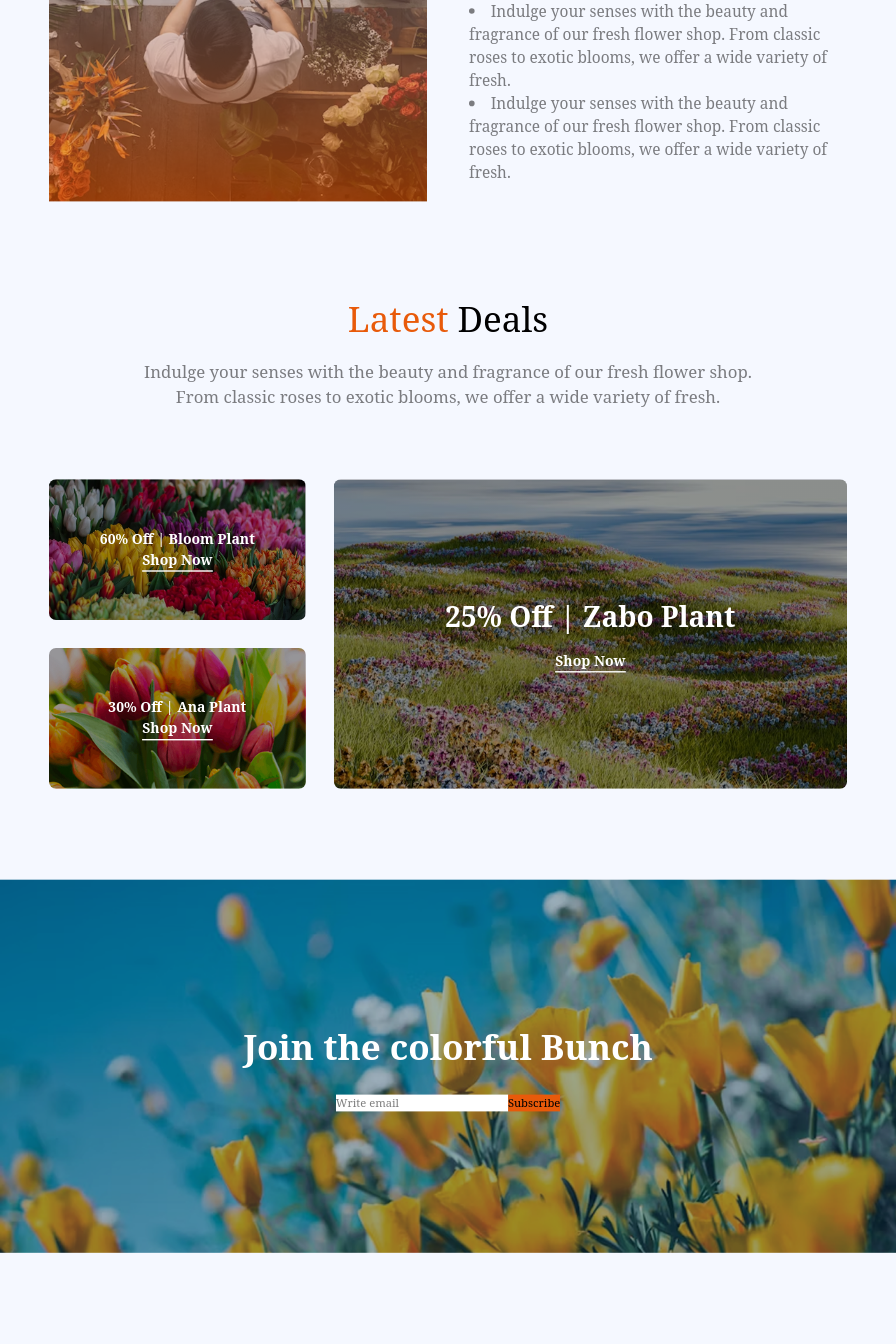
Repository: nahid-hasann/website-7
Page: index.html
The author's editor kept a copy of each file at every save. The page is drawn from the files as they stood at one save, then again after the next save.
The browser window is 1280 px wide. The pictures show the part of the page from y = 2514 to 4434 px (the page is 4434 px tall), at 70% of full size.
Some web libraries are served in a nearby version.

Above is the page before, as saved 2025-07-24 21:21:52.

### index.html
<!DOCTYPE html>
<html lang="en">
<head>
    <meta charset="UTF-8">
    <meta name="viewport" content="width=device-width, initial-scale=1.0">
    <title> website-7 </title>
    <link rel="stylesheet" href="style.css">
     <script src="https://cdn.jsdelivr.net/npm/@tailwindcss/browser@4"></script>
    <link rel="stylesheet" href="https://cdnjs.cloudflare.com/ajax/libs/font-awesome/7.0.0/css/all.min.css" integrity="sha512-DxV+EoADOkOygM4IR9yXP8Sb2qwgidEmeqAEmDKIOfPRQZOWbXCzLC6vjbZyy0vPisbH2SyW27+ddLVCN+OMzQ==" crossorigin="anonymous" referrerpolicy="no-referrer" />
   <link rel="preconnect" href="https://fonts.googleapis.com">
<link rel="preconnect" href="https://fonts.gstatic.com" crossorigin>
<link href="https://fonts.googleapis.com/css2?family=Noto+Serif:ital,wght@0,100..900;1,100..900&display=swap" rel="stylesheet">
</head>
<body class="noto-serif-nahid">


    <header>
        <nav>
            <div class="nav-logo">
                <img src="assets/logo.png" alt="">
            </div>
            <div class="nav-menu">
                <ul>
                    <li class="ul-li" style="color: black; font-weight: bold;">Home</li>
                    <li class="ul-li" >Shop</li>
                    <li class="ul-li" >About us</li>
                    <li class="last-li" style="color: black;"><i class="fa-solid fa-cart-shopping"></i>Cart ($56)</li>
                </ul>
            </div>
        </nav>
    </header>

    <main>

        <section class="banner">
            <div class="banner-section">
                <div class="banner-description">
                    <h1>ALWAYS <span style="color: #e85a0a;">FRESH <br> FLOWERS</span></h1>
                    <p>Indulge your senses with the beauty and fragrance of our fresh flower shop. From classic roses to exotic blooms, we offer a wide variety of fresh flowers that are perfect for any occasion.  </p>
                </div>
                <div class="banner-img">
                    <img src="assets/hero-flower.png" alt="">
                </div>
            </div>
        </section>

        <section class="plants-section">
             <h1> <span style="color: #e85a0a;">Our</span> Plants</h1>
             <p>Indulge your senses with the beauty and fragrance of our fresh flower shop. From classic roses to exotic blooms, we offer a wide variety of fresh.</p>
             <div class="plants-card">
                <div class="card">
                    <img src="assets/sample-flower-image.png" alt="">
                    <h4>Lily Blossom</h4>
                    <h2>20 USD</h2>
                    <button class="btn">ADD TO CART</button>
                </div>
                 <div class="card">
                    <img src="assets/sample-flower-image.png" alt="">
                    <h4>Lily Blossom</h4>
                    <h2>20 USD</h2>
                    <button class="btn">ADD TO CART</button>
                </div>
                 <div class="card">
                    <img src="assets/sample-flower-image.png" alt="">
                    <h4>Lily Blossom</h4>
                    <h2>20 USD</h2>
                    <button class="btn">ADD TO CART</button>
                </div>
                 <div class="card">
                    <img src="assets/sample-flower-image.png" alt="">
                    <h4>Lily Blossom</h4>
                    <h2>20 USD</h2>
                    <button class="btn">ADD TO CART</button>
                </div>
                 <div class="card">
                    <img src="assets/sample-flower-image.png" alt="">
                    <h4>Lily Blossom</h4>
                    <h2>20 USD</h2>
                    <button class="btn">ADD TO CART</button>
                </div>
                 <div class="card">
                    <img src="assets/sample-flower-image.png" alt="">
                    <h4>Lily Blossom</h4>
                    <h2>20 USD</h2>
                    <button class="btn">ADD TO CART</button>
                </div>
                 <div class="card">
                    <img src="assets/sample-flower-image.png" alt="">
                    <h4>Lily Blossom</h4>
                    <h2>20 USD</h2>
                    <button class="btn">ADD TO CART</button>
                </div>
                 <div class="card">
                    <img src="assets/sample-flower-image.png" alt="">
                    <h4>Lily Blossom</h4>
                    <h2>20 USD</h2>
                    <button class="btn">ADD TO CART</button>
                </div>
             </div>
        </section>

        <section class="plants-lover-section">
            <div class="plants-lover-div">
                <div class="plants-lover-img">
                <img src="assets/flower-store.png" alt="">
                <div class="badge">
                    <img class="badge-img" src="assets/trusted-badge.png" alt="">
                </div>
            </div>
            <div class="plants-lover-content">
                <h1>Flower & Plants Lover</h1>
                <or>
                    <li>Indulge your senses with the beauty and fragrance of our fresh flower shop. From classic roses to exotic blooms, we offer a wide variety of fresh.</li>
                    <li>Indulge your senses with the beauty and fragrance of our fresh flower shop. From classic roses to exotic blooms, we offer a wide variety of fresh.</li>
                    <li>Indulge your senses with the beauty and fragrance of our fresh flower shop. From classic roses to exotic blooms, we offer a wide variety of fresh.</li>
                </or>
            </div>
            </div>
        </section>

        <section class="offer-main-section">

            <h1 class="text-[50px]"><span style="color: #e85a0a;">Latest</span>  Deals</h1>
            <p>Indulge your senses with the beauty and fragrance of our fresh flower shop. <br> From classic roses to exotic blooms, we offer a wide variety of fresh.</p>

           <div class="offer-section">
            <div class="card card-1">
                 <h3>60% Off | Bloom Plant</h3>
                 <a href="#">Shop Now</a>
            </div>
            <div class="card big-card">
                <h2>25% Off | Zabo Plant</h2>
                <a href="#">Shop Now</a>
            </div>
            <div class="card card-2">
                 <h3>30% Off | Ana Plant</h3>
                 <a href="#">Shop Now</a>
            </div>

           </div>

  </section>

  <section class="subscribe-section">

    <h1>Join the colorful Bunch</h1>

    <div class="subscibe">
        <input type="text" name="" placeholder="Write email" id="">
        <button class="btn-2">Subscribe</button>
    </div>
  </section>


    </main>




</body>
</html>

### style.css


*{
    margin: 0;
    padding: 0;
    box-sizing: border-box;
}


.noto-serif-nahid {
  font-family: "Noto Serif", serif;
  font-optical-sizing: auto;
  font-style: normal;
  font-variation-settings:
    "wdth" 100;
}

body{
    background-color: #f5f8ff;
}



/* header suru  */

header{
   margin: 20px auto;
   max-width: 1140px;
}

nav{
    display: flex;
    justify-content: space-between;
    align-items: center;
}

.nav-logo img{
    width: 100%;
}

.nav-menu ul{
     display: flex;
     gap: 30px;
     align-items: center;
     justify-content: center;
     margin: auto 0;
}

.nav-menu ul li{
    color: rgba(137, 135, 161, 1);
    font-weight: 400;
}


/* header sesh  */

/* banner-section  */

.banner{
    margin: 230px auto 130px auto;
    max-width: 1140px;

}

.banner-section{
     display: flex;
     align-items: end;
     justify-content: center;
}

.banner-description h1{
    font-size: 65px;
    font-weight: 800;

}

.banner-description p{
    font-size: 22px;
    color: #7b7c80;
}

.banner-img img{
    max-width: 570px;
}

/* banner-section  */

/* plants-section suru */

.plants-section{
    width: 1140px;
    margin: 130px auto;
}

.plants-section h1{
    text-align: center;
    font-size: 50px;
    margin-bottom: 14px;
    font-weight: 700;
}

.plants-card{
    display: grid;
    grid-template-columns: 1fr 1fr 1fr 1fr;
    gap: 30px;
    row-gap: 60px;
    margin-top: 60px;
}

.plants-section p{
    font-size: 22px;
    color: #7b7c80;
    text-align: center;
}

.card {
    display: flex;
    flex-direction: column;
    align-items: center;
    justify-content: center;
}

.card h4{
    font-size: 22px;
    font-weight: 300;
    margin-top: 18px;
}

.card h2{
    font-size: 22px;
    font-weight: 700;
    margin-bottom: 18px;
}

.btn{
    background-color: #e85a0a;
    width: 100%;
    padding: 13px 0;
    color: white;
}

/* plants-section sesh  */

/* plants-lover-section suru  */

.plants-lover-section{
    width: 1140px;
    margin: 180px auto 130px auto;
}



.plants-lover-div{
     display: grid;
     grid-template-columns: 1fr 1fr;
    align-items: center;
    justify-content: center;
    gap: 60px;
}

.plants-lover-img{
    position: relative;
}

.badge-img{
    position: absolute;
    top: -80px;
    right: -80px;
    width: 200px;
    z-index: 999;
     animation-name: zoominout;
    animation-timing-function: ease-in-out;
    animation-iteration-count: infinite;
    animation-duration: 4s;
}

@keyframes zoominout{
    0%, 100%{
        transform: scale(1);
    }

    50%{
        transform: scale(1.1);
    }
}



.plants-lover-content h1{
     font-size: 50px;
     font-weight: 700;
}

.plants-lover-content or li{
    font-size: 22px;
    color: #7b7c80;
}

/* plants-lover-section sesh  */


/* offer-section start  */

.offer-main-section{
    width: 1140px;
    margin: 130px auto;
}

.offer-main-section h1{
    text-align: center;
    margin-bottom: 20px;
}

.offer-main-section p{
    color: #7b7c80;
    text-align: center;
    margin-bottom: 100px;
    font-size: 24px;
}

.offer-section{
    display: grid;
    grid-template-columns: 1fr 2fr;
    margin: auto;
    width: 1140px;
    gap: 40px;
    grid-auto-rows: 201px;
    margin-top: 50px;
}

.card{
    border-radius: 10px;
}

.card h3{
    font-size: 20px;
    font-weight: 600;
    color: white;
}

.card a{
    border-bottom: 2px solid white;
    color: white;
    font-size: 20px;
    font-weight: 600;
}

.big-card h2{
    font-size: 40px;
    color: white;
}

.card-1{
    background: linear-gradient(rgba(0, 0, 0, 0.4), rgba(0, 0, 0, 0.4)), url('assets/deal-bloom.png') ;
    height: 201px;
    grid-column: 1;
    grid-row: 1;
     background-repeat: no-repeat;
    background-position: center;
    background-size: cover;
}

.big-card{
    background: linear-gradient(rgba(0, 0, 0, 0.4), rgba(0, 0, 0, 0.4)),   url('assets/deal-zabo.png');
    grid-column: 2;
    grid-row: span 2;
    background-repeat: no-repeat;
    background-position: center;
    background-size: cover;
}

.card-2{
        background: linear-gradient(rgba(0, 0, 0, 0.4), rgba(0, 0, 0, 0.4)),   url('assets/deal-ana.png');
        height: 201px;
        grid-column: 1;
    grid-row: 2;
     background-repeat: no-repeat;
    background-position: center;
    background-size: cover;
}

/* offer-section end  */

/* subscribe-section start  */

.subscribe-section{
    margin: 130px 0;
    background: url('assets/news-letter-bg.png') ;
    height: 533px;
    display: flex;
    flex-direction: column;
    align-items: center;
    justify-content: center;
}

.subscribe-section h1{
    font-size: 50px;
    text-align: center;
    margin-bottom: 30px;
    color: white;
    font-weight: 700;
}

.subscibe{
    max-width: 833px;
    display: flex;
}

.subscibe input{
    background-color: white;
    width: 80%;
    padding: ;
}

.btn-2{
    background-color: #e85a0a;
}

/* subscribe-section end  */








/* media screen  */

@media screen and (max-width:575px) {
    header{
        width: 100%;
    }

nav{
    margin:0 30px;

}

.nav-logo img{
    width: 63px;
}
    .ul-li{
        display: none;
    }

    .banner{
        max-width: 575px;
        margin-top: 70px ;
        margin-bottom: 70px;
    }

    .banner-section{
        flex-direction: column-reverse;

    }

    .banner-description{
        margin-left: 30px;
    }

    .banner-description h1{
    font-size: 24px;
}

.banner-description p{
    font-size: 14px;
}

.banner-img img{
    max-width: 400px;
    margin-bottom: 80px;
}

.plants-section{
    width: 100% ;
    padding: 0 20px ;
    margin: 70px 0;

}

.plants-card{
    display: grid;
    grid-template-columns: 1fr 1fr;
    gap: 20px;
    row-gap: 40px;
}

.plants-section h1{
    font-size: 24px;
}
.plants-section p{
    font-size: 14px;
}

.card h4{
    font-size: 15px;
}

.card h2{
    font-size: 15px;
}

.btn{
    font-size: 15px;
}

.plants-lover-section{
    width: 100%;
    margin: 70px 0;
    padding: 0 20px;
}

.plants-lover-div{
    grid-template-columns: 1fr;
}

.badge-img{
    display: none;
}


.plants-lover-content h1{
    font-size: 24px;
    margin-top: -30px;
}

.plants-lover-content or li{
    font-size: 14px;
}

.plants-lover-content or li:nth-child(2){
    margin-top: 15px;
    margin-bottom: 15px;
}

.plants-lover-content or li:first-child{
    margin-top: 15px;
}

.offer-main-section{
    width: 100%;
    padding: 0 20px;
    margin-top: 70px ;
    margin-bottom: 70px;
}

.offer-main-section h1{
    font-size: 24px;
}

.offer-main-section p{
    font-size: 14px;
    margin-top: 15px;
}

.offer-section{
    grid-template-columns: 1fr;
    width: 100%;
    margin: 0px 0 70px 0;
    padding: 0 20px;
}

.card h3 {
    font-size: 15px;
}

.card a{
    font-size: 15px;
}

.big-card h2{
    font-size: 15px;
}

.card-1{
    grid-column: 1;
    grid-row: 1;
}

.card-2{
    grid-column: 1;
    grid-row: 2;
}

.big-card{
    grid-column: 1;
    grid-row: 3;
}


}

After the next save:
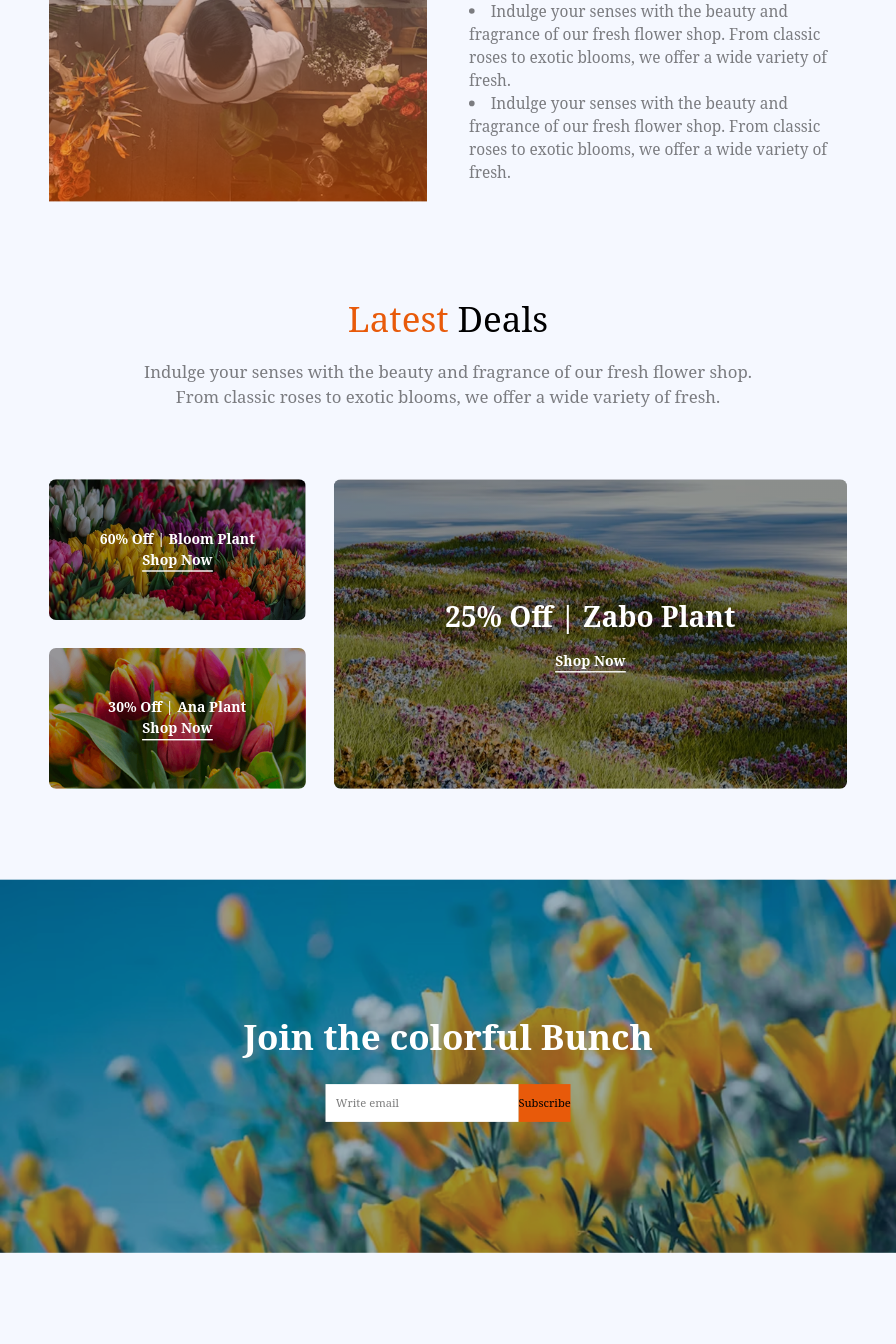
Saved 4 s later.
--- a/style.css
+++ b/style.css
@@ -309,7 +309,7 @@ nav{
 .subscibe input{
     background-color: white;
     width: 80%;
-    padding: ;
+    padding: 15px ;
 }
 
 .btn-2{
